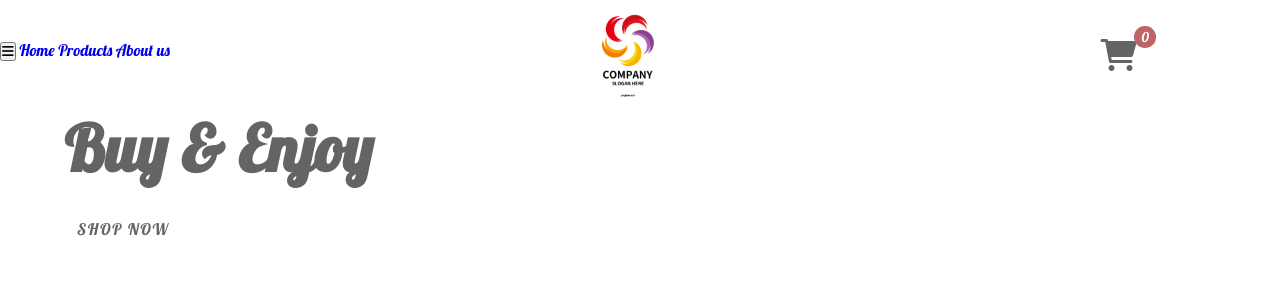
Repository: tetlisna/myprojectJS2
Page: index.html
The author's editor kept a copy of each file at every save. The page is drawn from the files as they stood at one save, then again after the next save.
The browser window is 1280 px wide. The pictures show the whole page.
Some web fonts or font styles are not loaded; a fallback is used.

Above is the page before, as saved 2022-09-04 23:21:06.
Console error: SyntaxError: Invalid or unexpected token

### index.html
<!DOCTYPE html>
<html lang="en">
  <head>
    <meta charset="UTF-8" />
    <meta name="viewport" content="width=device-width, initial-scale=1.0" />
    <link rel="stylesheet" href="/css/style.css" />
    <link
      rel="stylesheet"
      href="https://cdnjs.cloudflare.com/ajax/libs/font-awesome/6.2.0/css/all.min.css"
    />
    <title>E-commers</title>
  </head>
  <body>
    <!-- Nav left -->
    <nav class="navbar">
      <div class="navbar-inside">
        <div class="wrapper">
          <button class="nav-toggle">
            <i class="fa-sharp fa-solid fa-bars"></i>
          </button>
          <a href="#" href="index.html" class="nav-link">Home</a>
          <a href="#" href="products.html" class="nav-link">Products</a>
          <a href="#" href="about-us.html" class="nav-link">About us</a>
        </div>
        <!-- Logo -->
        <img src="/img/logo.png" class="logo" alt="logo" width="100px" />
        <!-- Cart-->
        <div class="cart-side-container">
          <button class="cart-side">
            <i class="fa-sharp fa-solid fa-cart-shopping"></i>
          </button>
          <span class="cart-item-count">0</span>
        </div>
      </div>
    </nav>

    <!--Main section-->

    <section class="main">
      <div id="main-container">
        <h1 class="text-main">Buy & Enjoy</h1>
        <a href="products.html" class="shop-btn"> Shop now </a>
      </div>
    </section>
    <!--Side section-->

    <div class="sidebar-pop-out">
      <aside class="sidebar">
        <!-- close -->
        <button class="sidebar-close">
          <i class="fas fa-times"></i>
        </button>
        <!-- links -->
        <ul class="sidebar-links">
          <li>
            <a href="index.html" class="sidebar-link">
              <i class="fas fa-home fa-fw"></i>
              Home
            </a>
          </li>
          <li>
            <a href="products.html" class="sidebar-link">
              <i class="fas fa-couch fa-fw"></i>
              Products
            </a>
          </li>
          <li>
            <a href="about.html" class="sidebar-link">
              <i class="fas fa-book fa-fw"></i>
              About
            </a>
          </li>
        </ul>
      </aside>
    </div>
    <script src="index.js"></script>
  </body>
</html>

### css/style.css
@import url('https://fonts.googleapis.com/css2?family=Lobster&family=Qwitcher+Grypen&family=Roboto:wght@300&display=swap');
:root {
    --transition: all 0.3s linear;
    --spacing: 0.1rem;
    --radius: 0.25rem;
    --max-width: 1170px;
    --fixed-width: 620px;
    --white-bg:rgb(255, 255, 255);
    --dark-grey:rgb(100, 100, 100);
    --grey-red:rgb(190, 100, 100);
    --black-light:rgb(56, 56, 56);
}

* {
    margin: 0;
    padding: 0;
    box-sizing: border-box;
}
.container {
    max-width: 980px;
    margin: auto;
}
a {
    text-decoration: none;
}
body {
    font-family: 'Lobster', cursive,'Qwitcher Grypen', cursive,'Roboto', sans-serif;
    background: var(--white-bg);
    color: var(--dark-grey);
    line-height: 1.5;
    font-size: 0.875rem;
}
ul {
    list-style-type: none;
}
p {
    margin-bottom: 1.25rem;
    color: var(--dark-grey);
}

@media screen and (min-width: 800px) {
    .navbar-inside {
        position: relative;
    }
    /* .logo {
        position: absolute;
        top: 50%;
        left: 65%;
        transform: translate(-50%, -50%);
    } */
    .nav-link:hover {
        color: var(--grey-red);
    }
    .nav-bar {
        display: none;
    }
    h1 {
        font-size: 4rem;
    }
    h2 {
        font-size:2.5rem;
    }
    body {
        font-size: 1rem;
    }
    .sidebar-pop-out {
        display: none;
    }
}
.img {
    width: 100%;
    display: block;
}
.main {
    width: 90vw;
    max-width: var(--max-width);
    margin: 0 auto;
}
.shop-btn {
    color: var(--dark-grey);
    background: transparent;
    border: 1px solid var(--white-bg);
    padding: 0.5rem 0.75rem;
    display: inline-block;
    margin-top: 0.75rem;
    text-transform: uppercase;
    letter-spacing: var(--spacing);
    border-radius: var(--radius);
    transition: var(--transition);
}
.shop-btn:hover {
    color: var(--grey-red);

}
.cart-side {
    background: var(--white-bg);
    color: var(--dark-grey);
    border-radius: var(--radius);
    padding: 0.375rem 0.75rem;
    letter-spacing: var(--spacing);
    display: inline-block;
    transition: var(--transition);
    border-color: transparent;
    cursor: pointer;
    font-size: 2rem;
}
.cart-side:hover {
    background: var(--white-bg);
    color: var(--grey-red);
}
.nav-bar {
    background: var(--grey-red);
    border-color: transparent;
    color: var(--white-bg);
    width: 3.75rem;
    height: 2.25rem;
    display: flex;
    align-items: center;
    justify-content: center;
    font-size: 1.5rem;
    border-radius: 2rem;
    cursor: pointer;
    transition: var(--transition);
}
.cart-side-container {
    position: relative;
    margin-top: 0.75rem;
}

.cart-item-count {
    position: absolute;
    top: -0.2rem;
    right: -0.25rem;
    background: var(--grey-red);
    width: 1.35rem;
    height: 1.35rem;
    display: grid;
    place-items: center;
    border-radius: 50%;
    color: var(--white-bg);
    font-size: 0.85rem;
}
/*
============================================
Nav
============================================
*/
.nav-bar {
    height: 6rem;
    background: transparent;
    display: flex;
    align-items: center;
    justify-content: center;
}
.navbar-inside {
    width: 90vw;
    max-width: var(--max-width);
    display: flex;
    justify-content: space-between;
    align-items: center;
}
/* .nav-bar {
    display: none;
} */
/* .nav-link {
    display: none;
} */
/*
===============
Sidebar
===============
*/
.sidebar-pop-out {
    position: fixed;
    top: 0;
    left: 0;
    width: 100%;
    height: 100%;
    display: grid;
    place-items: center;
    z-index: -1;
    transition: var(--transition);
    opacity: 0;
    background: rgba(0, 0, 0, 0.5);
}
  /* .sidebar-pop-out /*show {
    opacity: 1;
    z-index: 100;
  } */
  .sidebar {
    width: 90vw;
    height: 95vh;
    max-width: var(--fixed-width);
    background: var(--white-bg);
    border-radius: var(--radius);
    box-shadow: var(--dark-grey);
    position: relative;
    padding: 4rem;
    /* transform: scale(0);  */
}
/* .show .sidebar {
    transform: scale(1);
} */
.sidebar-close {
    font-size: 2rem;
    background: transparent;
    border-color: transparent;
    color: var(--grey-red);
    position: absolute;
    top: 1rem;
    right: 1rem;
    cursor: pointer;
}
.sidebar-link {
    font-size: 1.5rem;
    text-transform: capitalize;
    color: var(--dark-grey);
}
.sidebar-link i {
    color: var(--dark-grey);
    margin-right: 1rem;
    margin-bottom: 1rem;
}
/*
===============
Cart
===============
*/
/* .cart-overlay {
    position: fixed;
    top: 0;
    left: 0;
    width: 100%;
    height: 100%;
    background: rgba(0, 0, 0, 0.5);
    transition: var(--transition);
    opacity: 0;
    z-index: -1;
  }
  .cart-overlay  .show {
    opacity: 1;
    z-index: 100;
  }
  .cart {
    position: fixed;
    top: 0;
    right: 0;
    width: 100%;
    height: 100%;
    max-width: 400px;
    padding: 3rem 1rem 0 1rem;
    display: grid;
    grid-template-rows: auto 1fr auto;
    transition: var(--transition);
    transform: translateX(100%);
    overflow: scroll;
}
*/

### js/index.js
@import './script.js';
@import './cart/cart-side.js'; // toggle-cart

@import './sidebar-pop.js'; //sidebar-pop-out//"toggle-cart"
@import '/cart/setup-cart.js';

After the next save:
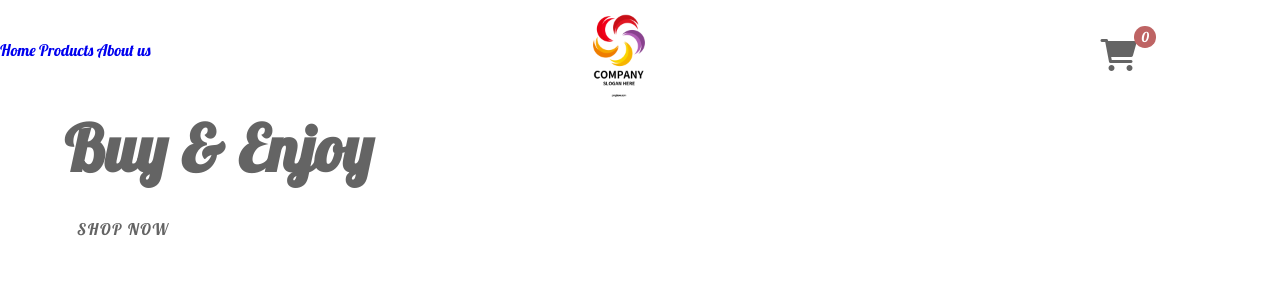
Saved 17 s later.
--- a/css/style.css
+++ b/css/style.css
@@ -51,7 +51,7 @@
     .nav-link:hover {
         color: var(--grey-red);
     }
-    .nav-bar {
+    .nav-toggle {
         display: none;
     }
     h1 {
